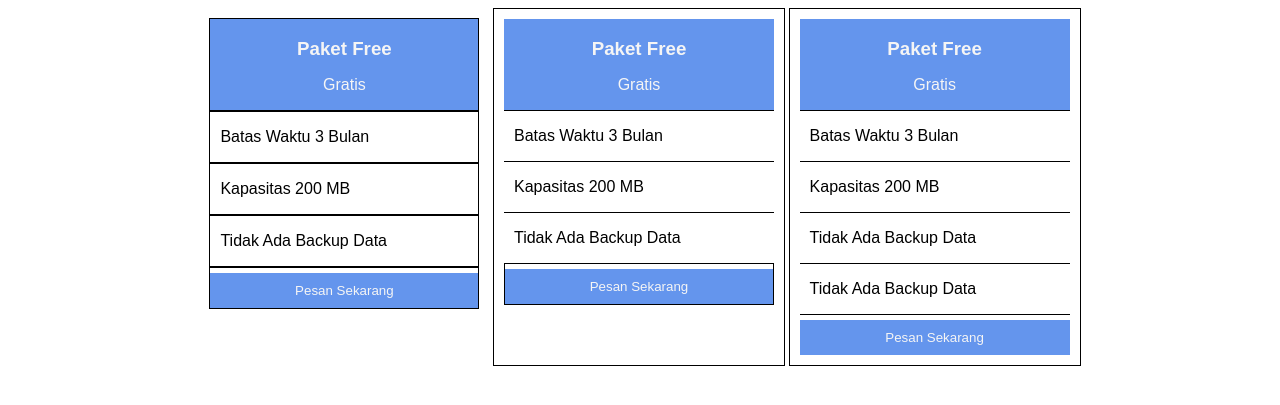
Repository: AHSANS354/tugas-sib5
Page: tugas css/index.html
The author's editor kept a copy of each file at every save. The page is drawn from the files as they stood at one save, then again after the next save.
The browser window is 1280 px wide. The pictures show the whole page.

Above is the page before, as saved 2023-08-29 16:08:10.

After the next save:
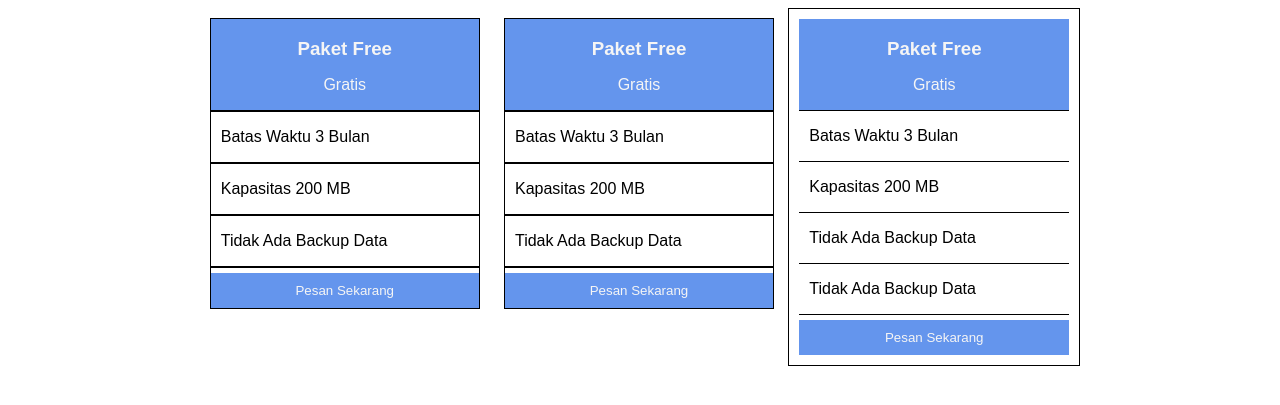
Saved 95 s later.
--- a/tugas css/style.css
+++ b/tugas css/style.css
@@ -62,11 +62,11 @@ h3 {
 
 /* css tampilan card 2 */
 .card2 {
-  border: 1px solid black;
   padding: 10px;
   width: 270px;
 }
 .header2 {
+  border: 1px solid black;
   background-color: cornflowerblue;
   color: whitesmoke;
   display: flex;
@@ -76,7 +76,7 @@ h3 {
 }
 
 .content2 div {
-  border-top: 1px solid black;
+  border: 1px solid black;
 }
 
 .content2 p {
@@ -84,6 +84,7 @@ h3 {
 }
 
 .btn2 {
+  border: 1px solid black;
   display: flex;
   justify-content: center;
 }
